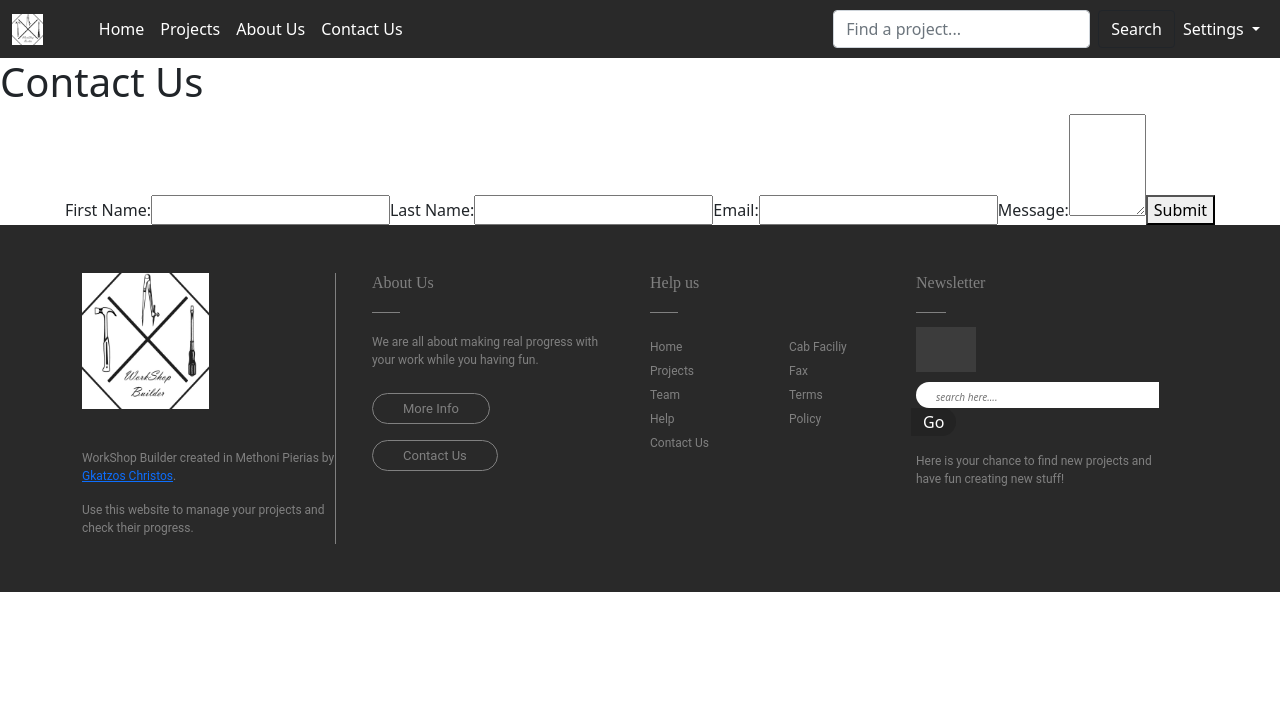
Repository: GkatzosChristos/workshop-builder-ui
Page: /contactUs (app in workshop-builder-ui/)
An editor plug-in stored every save of this project. The page is shown before and after the next save, followed by the edit.
The browser window is 1280 px wide. The pictures show the whole page.
The project was rebuilt for these pictures with package versions that can differ from the ones it lists, and the page was loaded fresh each time. Also part of the build but not shown: workshop-builder-ui/angular.json, workshop-builder-ui/src/app/about-us/about-us.component.ts, workshop-builder-ui/src/app/home/home.component.ts, workshop-builder-ui/src/app/project/project.component.ts.

Above is the page before, as saved 2021-08-27 18:21:08.

### workshop-builder-ui/src/index.html
<!doctype html>
<html lang="en">
<head>
  <meta charset="utf-8">
  <title>WorkshopBuilderUI</title>
  <base href="/">
  <meta name="viewport" content="width=device-width, initial-scale=1">
  <link rel="icon" type="image/x-icon" href="favicon.ico">
</head>

<body>
  <app-root></app-root>
</body>

</html>

### workshop-builder-ui/src/app/app.module.ts
import { NgModule } from '@angular/core';
import { BrowserModule } from '@angular/platform-browser';
import { FormsModule, ReactiveFormsModule } from '@angular/forms';
import { AppRoutingModule } from './app-routing.module';
import { AppComponent } from './app.component';
import { HeaderComponent } from './header/header.component';
import { FooterComponent } from './footer/footer.component';
import { ContactUsComponent } from './contact-us/contact-us.component';
import { AboutUsComponent } from './about-us/about-us.component';
import { ProjectsComponent } from './project/project.component';
import { HomeComponent } from './home/home.component';

@NgModule({
  declarations: [
    AppComponent,
    HeaderComponent,
    FooterComponent,
    ContactUsComponent,
    AboutUsComponent,
    ProjectsComponent,
    HomeComponent
  ],
  imports: [
    BrowserModule,
    AppRoutingModule,
    FormsModule,
    ReactiveFormsModule
  ],
  providers: [],
  bootstrap: [AppComponent]
})
export class AppModule { }

### workshop-builder-ui/src/app/app-routing.module.ts
import { NgModule } from '@angular/core';
import { RouterModule, Routes } from '@angular/router';
import { AboutUsComponent } from './about-us/about-us.component';
import { ContactUsComponent } from './contact-us/contact-us.component';
import { HomeComponent } from './home/home.component';
import { ProjectsComponent } from './project/project.component';

const routes: Routes = [
  {
    path: '',
    component: HomeComponent
  },
  {
    path: 'contactUs',
    component: ContactUsComponent
  },
  {
    path: 'aboutUs',
    component: AboutUsComponent
  },
  {
    path: 'project',
    component: ProjectsComponent
  },
];

@NgModule({
  imports: [RouterModule.forRoot(routes)],
  exports: [RouterModule]
})
export class AppRoutingModule { }

### workshop-builder-ui/src/app/app.component.ts
import { Component } from '@angular/core';

@Component({
  selector: 'app-root',
  templateUrl: './app.component.html',
  styleUrls: ['./app.component.scss']
})
export class AppComponent {
  title = 'workshop-builder-ui';
}

### workshop-builder-ui/src/app/contact-us/contact-us.component.ts
import { Component, OnInit } from '@angular/core';
import { FormGroup, FormControl, Validator, Validators } from '@angular/forms';

@Component({
  selector: 'app-contact-us',
  templateUrl: 'contact-us.html',
  styleUrls: ['./contact-us.scss']
})
export class ContactUsComponent implements OnInit {

  contactUsForm = new FormGroup({
    firstName: new FormControl('',[
      Validators.required,
      Validators.pattern("^[a-z0-9._%+-]")
    ]),
    lastName: new FormControl('',[
      Validators.required,
      Validators.pattern("^[a-z0-9._%+-]")
    ]),
    email: new FormControl('',[
      Validators.required,
      Validators.pattern("^[a-z0-9._%+-]+@[a-z0-9.-]+\\.[a-z]{2,4}$")
    ]),
    message: new FormControl('')
    });

  constructor() { }

  ngOnInit(): void {
  }

  submitForm(){
  }

  onReset(){
    location.reload();
  }

}

### workshop-builder-ui/src/app/header/header.component.html
<head>
    <title>header</title>
    <meta charset="utf-8">
</head>
<header>
    <nav class="navbar navbar-expand-lg">
        <div class="container-fluid">
            <a class="navbar-brand" routerLink="/">
                <img src="/assets/images/workshop_logo.jpg" alt="WorkShop Builder">
            </a>
            <div id="navbarNavDropdown" class="collapse navbar-collapse">
                <ul class="navbar-nav me-auto my-2 my-lg-0 navbar-nav-scroll" style="--bs-scroll-height: 100px;">
                    <li class="nav-item">
                        <a class="nav-link text-white" routerLink="/">Home</a>
                    </li>
                    <li class="nav-item">
                        <a class="nav-link text-white" routerLink="/project">Projects</a>
                    </li>
                    <li class="nav-item">
                        <a class="nav-link text-white" routerLink="/aboutUs">About Us</a>
                    </li>
                    <li class="nav-item">
                        <a class="nav-link text-white" routerLink="/contactUs">Contact Us</a>
                    </li>
                </ul>
                <form class="d-flex">
                    <input class="form-control me-2" type="text" placeholder="Find a project...">
                    <a class="btn btn-outline-dark text-white">Search</a>
                </form>
                <ul class="navbar-nav" style="--bs-scroll-height: 100px;">
                    <li class="nav-item dropdown">
                        <a class="nav-link dropdown-toggle text-white" href="#" id="navbarScrollingDropdown"
                            role="button" data-bs-toggle="dropdown" aria-expanded="false">
                            Settings
                        </a>
                        <ul class="dropdown-menu" aria-labelledby="navbarScrollingDropdown">
                            <li><a class="dropdown-item text-white" href="#">Sign in</a></li>
                            <li><a class="dropdown-item text-white" href="#">Sign up</a></li>
                            <li>
                                <hr class="dropdown-divider">
                            </li>
                            <li><a class="dropdown-item text-white" href="#">Report an issue</a></li>
                        </ul>
                    </li>
                </ul>
            </div>
        </div>
    </nav>
</header>

### workshop-builder-ui/src/app/header/header.component.scss
.navbar-brand {
    height: 5%;
    width: 5%;
}

img {
    height: 50%;
    width: 50%;
}

nav {
    background: #292929;
}

### workshop-builder-ui/src/app/footer/footer.component.html
<head>
    <title>Footer</title>
    <meta charset="utf-8">
</head>
<footer class="container-fluid bg-grey py-5">
    <div class="container">
        <div class="row me-3">
            <div class="col-md-6">
                <div class="row">
                    <div class="col-md-6 ">
                        <div class="logo-part">
                            <img src="/assets/images/workshop_logo.jpg" class="logo-footer">
                            <p>WorkShop Builder created in Methoni Pierias by <a
                                    href="https://www.linkedin.com/in/christos-gkatzos/">Gkatzos Christos</a>.</p>
                            <p>Use this website to manage your projects and check their progress.</p>
                        </div>
                    </div>
                    <div class="col-md-6 px-4">
                        <h6> About Us</h6>
                        <p>We are all about making real progress with your work while you having fun.</p>
                        <a routerLink="#" class="btn-footer"> More Info </a><br>
                        <a routerLink="#" class="btn-footer"> Contact Us</a>
                    </div>
                </div>
            </div>
            <div class="col-md-6">
                <div class="row">
                    <div class="col-md-6 px-4">
                        <h6> Help us</h6>
                        <div class="row ">
                            <div class="col-md-6">
                                <ul>
                                    <li> <a routerLink="/"> Home</a> </li>
                                    <li> <a routerLink="/project"> Projects</a> </li>
                                    <li> <a routerLink="#"> Team</a> </li>
                                    <li> <a routerLink="#"> Help</a> </li>
                                    <li> <a routerLink="/ContactUs"> Contact Us</a> </li>
                                </ul>
                            </div>
                            <div class="col-md-6 px-4">
                                <ul>
                                    <li> <a href="#"> Cab Faciliy</a> </li>
                                    <li> <a href="#"> Fax</a> </li>
                                    <li> <a href="#"> Terms</a> </li>
                                    <li> <a href="#"> Policy</a> </li>
                                </ul>
                            </div>
                        </div>
                    </div>
                    <div class="col-md-6 ">
                        <h6> Newsletter</h6>
                        <div class="social">
                            <a href="#"><i class="fa fa-facebook mr-1" aria-hidden="true"></i></a>
                            <a href="#"><i class="fa fa-instagram" aria-hidden="true"></i></a>
                        </div>
                        <form class="form-footer my-3">
                            <input type="text" placeholder="search here...." name="search">
                            <input type="button" value="Go">
                        </form>
                        <p>Here is your chance to find new projects and have fun creating new stuff!</p>
                    </div>
                </div>
            </div>
        </div>
    </div>
</footer>

### workshop-builder-ui/src/app/footer/footer.component.scss
body {
    font-family: 'Signika', sans-serif;
 }
 .bg-grey {
    background: #292929;
 }
 .logo-footer {
    height: 50%;
    width: 50%;
    margin-bottom: 40px;
 }
 footer {
    color: grey;
 }
 footer p, a {
    font-size: 12px;
    font-family: 'Roboto', sans-serif;
}
footer h6 {
    font-family: 'Playfair Display', serif;
    margin-bottom: 40px;
    position: relative;
}
footer h6:after {
    position: absolute;
    content: "";
    background: grey;
    width: 12%;
    height: 1px;
    left: 0;
    bottom: -20px;
}
.btn-footer {
    color: grey;
    text-decoration: none;
    border: 1px solid;
    border-radius: 43px;
    font-size: 13px;
    padding: 7px 30px;
    line-height: 47px;
 }

 .btn-footer:hover {
    text-decoration: none;
 }

.form-footer input[type="text"] {
    border: none;
    border-radius: 16px 0 0 16px;
    outline: none;
    padding-left: 10px;
}

::placeholder {
    font-size: 10px;
    padding-left: 10px;
    font-style: italic;
}

.form-footer input[type="button"] {
    border: none;
    background:#232323;
    margin-left: -5px;
    color: #fff;
    outline: none;
    border-radius: 0 16px 16px 0;
    padding: 2px 12px;
}

.social .fa {
    color: grey;
    font-size: 22px;
    padding: 10px 15px;
    background: #3c3c3c;
}

footer ul li {
    list-style: none;
    display: block;
}

footer ul  {
    padding-left: 0;
}
footer ul  li a{
    text-decoration: none;
    color: grey;
    text-decoration:none;
}

a:hover {
    text-decoration: none;
    color: #f5f5f5 !important;
}

.logo-part {
    border-right: 1px solid grey;
    height: 100%;
}

img {
    height: 20%;
    width: 20%;
}

### workshop-builder-ui/src/app/contact-us/contact-us.html
<h1 class="title has-text-centered">Contact Us</h1>
<body>
  <section>
    <form [formGroup]="contactUsForm" (ngSubmit)="submitForm()">
      <label for="first-name">First Name: </label>
      <input id="first-name" type="text" formControlName="firstName">
      <label for="last-name">Last Name: </label>
      <input id="last-name" type="text" formControlName="lastName">
      <label for="email">Email: </label>
      <input id="email" type="email" formControlName="email">
      <label for="message">Message: </label>
      <textarea  id="message" rows="4" cols="6" formControlName="message"></textarea>
      <button type="btn btn-outline-dark text-white">Submit</button>
    </form>
  </section>
</body>

### workshop-builder-ui/src/app/contact-us/contact-us.scss
body {
    text-align: center;
}
form {
    display: inline-block;
}

Loaded but not shown: workshop-builder-ui/src/styles.scss (common file); workshop-builder-ui/src/main.ts (common file); workshop-builder-ui/src/environments/environment.ts (common file); workshop-builder-ui/src/app/header/header.component.ts (common file); workshop-builder-ui/src/app/footer/footer.component.ts (common file); workshop-builder-ui/src/app/app.component.html (common file); workshop-builder-ui/src/app/app.component.scss (no stored copy; drawn as an empty file); workshop-builder-ui/src/app/project/project.scss (no stored copy; drawn as an empty file)

After the next save:
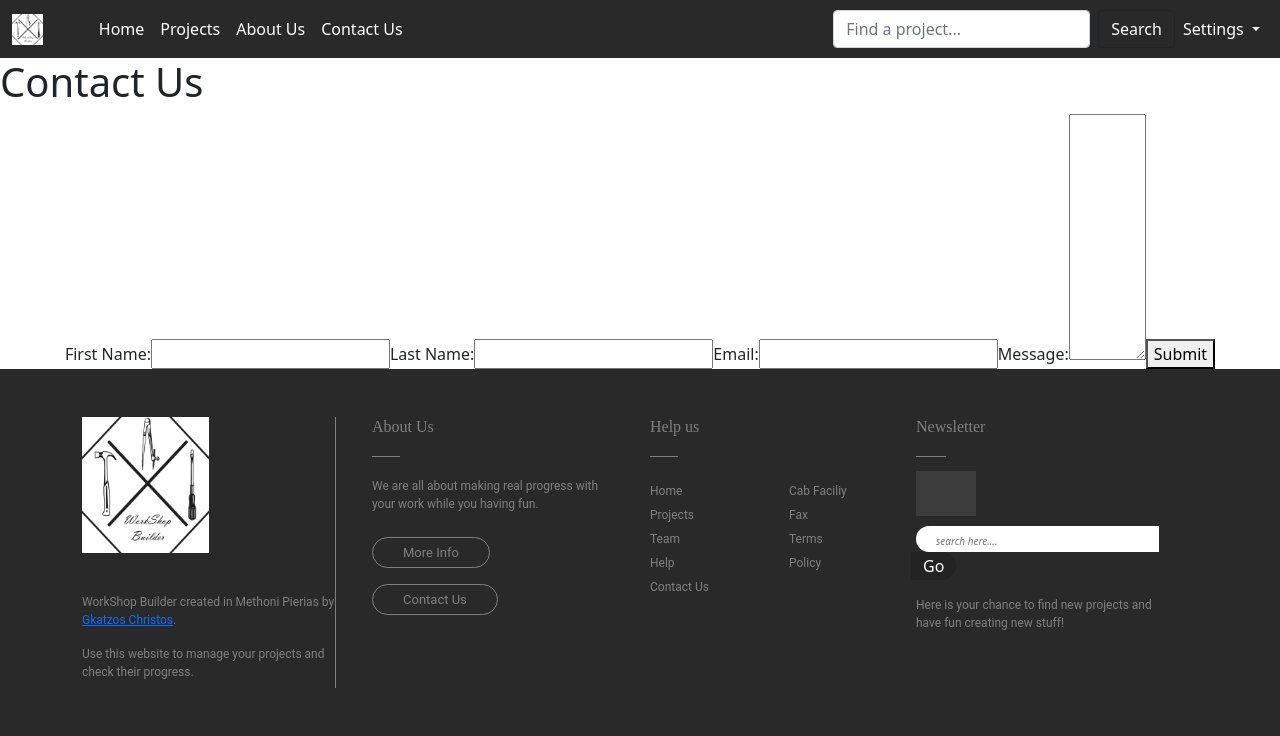
Saved 16 s later.
--- a/workshop-builder-ui/src/app/contact-us/contact-us.html
+++ b/workshop-builder-ui/src/app/contact-us/contact-us.html
@@ -9,7 +9,7 @@
       <label for="email">Email: </label>
       <input id="email" type="email" formControlName="email">
       <label for="message">Message: </label>
-      <textarea  id="message" rows="4" cols="6" formControlName="message"></textarea>
+      <textarea  id="message" rows="10" cols="6" formControlName="message"></textarea>
       <button type="btn btn-outline-dark text-white">Submit</button>
     </form>
   </section>
